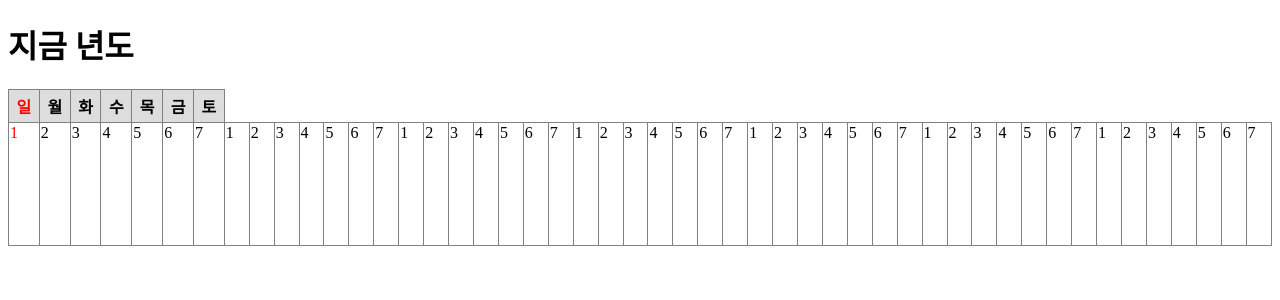
Repository: JIYEONGSTAR/GALENDAR
Page: http://localhost/devdog_calendar/calendar.jsp
An editor plug-in stored every save of this project. The page is shown before and after the next save, followed by the edit.
The browser window is 1280 px wide. The pictures show the whole page.
The page is served by Tomcat 9. Other server files are loaded and not shown.

Above is the page before, as saved 2020-04-28 09:14:08.

### devdog_calendar/WebContent/calendar.jsp
<%@ page language="java" contentType="text/html; charset=UTF-8"
    pageEncoding="UTF-8"%>
<%@ page import="devdog_calendar.*" %>
<!DOCTYPE html>
<html>
<head>
    <meta http-equiv="Content-Type" content="text/html; charset=utf-8">
    <title>todaycalendar</title>
    <style>
        table { border-collapse: collapse; }
        td { border: 1px solid gray; width: 120px; height: 120px; vertical-align: top; }
        th { background-color: #dddddd; border: 1px solid gray; height: 30px; }
        td:nth-child(1), th:nth-child(1) { color: red; }
        span.green {  font-size: 9pt; color: green; }
        span.gray {  font-size: 9pt; color: gray; }
        td:hover { background-color: #ffd; cursor: pointer; }
    </style>
</head>
<body>
    <h1>지금 년도</h1>
    <table>
        <thead>
            <tr>
                <th>일</th>
                <th>월</th>
                <th>화</th>
                <th>수</th>
                <th>목</th>
                <th>금</th>
                <th>토</th>
            </tr>
        </thead>
        <tbody>
        	<tr>
        		<% for(int i=0;i<7;i++){ %>
        			<% for(int j=0;j<calendar1.startDay();j++){ %>
        				<td></td>
        			<%}%>
        			<% for(int j=1;j<8-calendar1.startDay();j++){%>
        				<td><%=j %></td>
        			<%}%>
	 			<%} %>

 			</tr>
        </tbody>
    </table>
</body>
</html>

### devdog_calendar/src/devdog_calendar/calendar1.java
package devdog_calendar;

import java.util.Calendar;

public class calendar1 {
	static int startDay;
	static int lastDate;
	public static void printCalendar(int firstDayofWeek, int lastDay) {
		firstDayofWeek %= 7;
		int day=1;
		for(int i=0;i<firstDayofWeek;i++) {
			System.out.print("   ");//요일 시작하기 전 만큼 칸 비우기
		}
		while(day<=lastDay) {
			System.out.printf("%4d", day);
			if((day+firstDayofWeek-2) %7==6)
				System.out.println("");
			day++;
		}
	}
	public static int startDay() {
		return startDay;
	}
	public static int lastDate() {
		return lastDate;
	}
	public static void main(String[] args) {
		// TODO Auto-generated method stub
		//현재 날짜 정보
		Calendar cr = Calendar.getInstance();
		int year = cr.get(Calendar.YEAR);
		int month = cr.get(Calendar.MONTH);
		int date = cr.get(Calendar.DATE);
		//이번 달 1일의 요일 구하기
		cr.set(year,month,1);
		startDay = cr.get(Calendar.DAY_OF_WEEK);
		System.out.println(startDay);
		//이번 달 마지막 날짜 구하기
		cr.add(Calendar.MONTH,1);//월은 하나 추가시키고
		cr.add(Calendar.DATE, -1);//날짜는 하나 다운....
		lastDate=cr.get(Calendar.DATE);
		System.out.println(lastDate);
		//printCalendar(startDay,lastDate);
	}

}

After the next save:
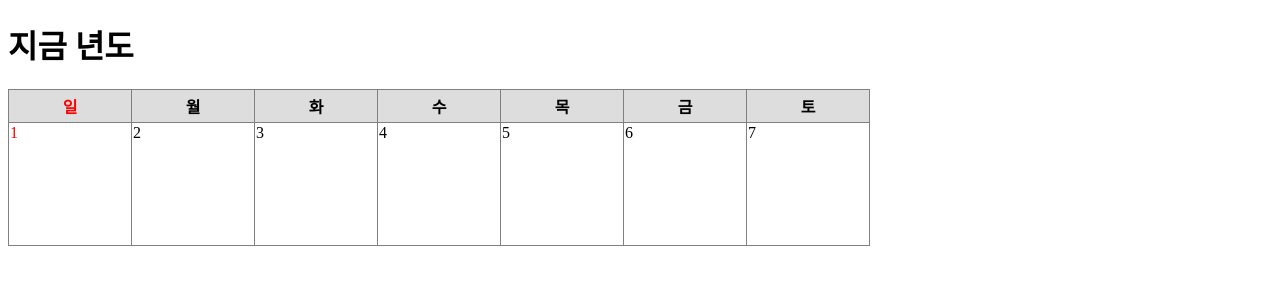
Saved 16 s later.
--- a/devdog_calendar/WebContent/calendar.jsp
+++ b/devdog_calendar/WebContent/calendar.jsp
@@ -32,14 +32,14 @@
         </thead>
         <tbody>
         	<tr>
-        		<% for(int i=0;i<7;i++){ %>
+
         			<% for(int j=0;j<calendar1.startDay();j++){ %>
         				<td></td>
         			<%}%>
         			<% for(int j=1;j<8-calendar1.startDay();j++){%>
         				<td><%=j %></td>
         			<%}%>
-	 			<%} %>
+
 
  			</tr>
         </tbody>
